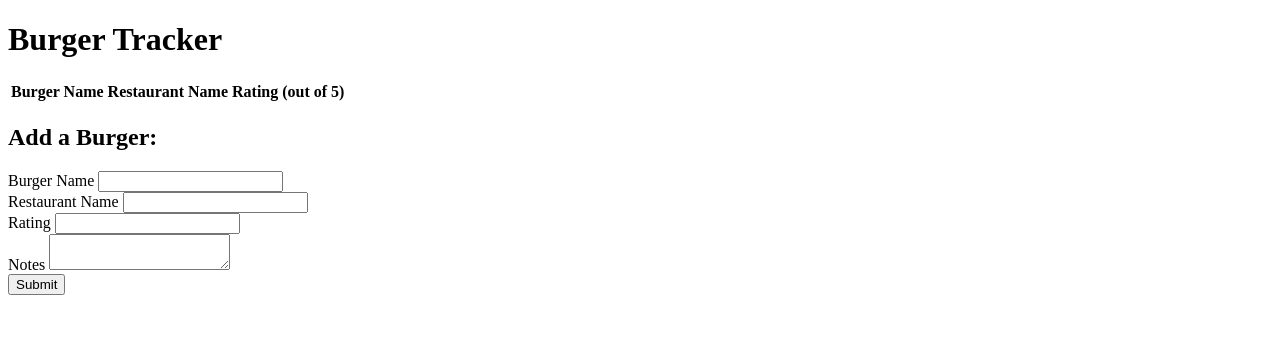
Repository: JosiahSZN1/burgerTracker1
Page: http://localhost/burgertracker1/WEB-INF/index.jsp
An editor plug-in stored every save of this project. The page is shown before and after the next save, followed by the edit.
The browser window is 1280 px wide. The pictures show the whole page.
The page is served by Tomcat 9. Nobody is signed in. The template is opened directly, without the code that normally fills it, so the values that code supplies are empty.

Above is the page before, as saved 2023-04-05 22:49:54.

After the next save:
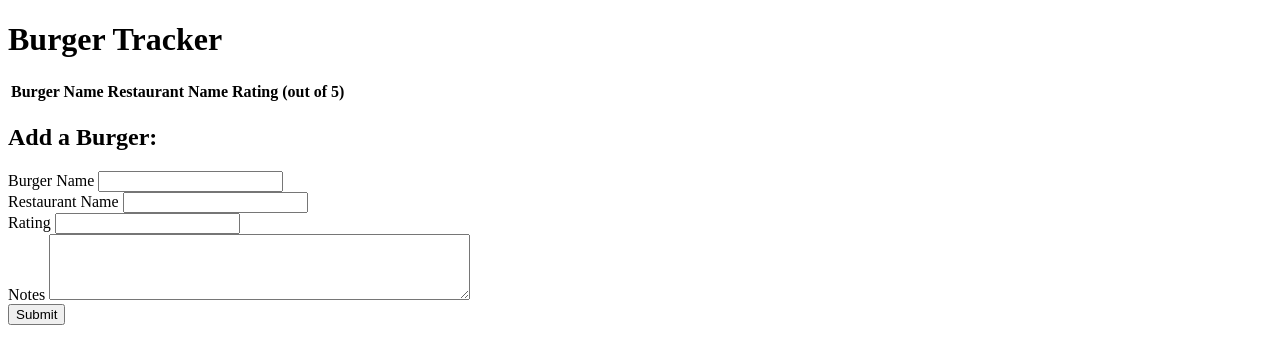
Saved 4 min 11 s later.
--- a/burgertracker1/src/main/webapp/WEB-INF/index.jsp
+++ b/burgertracker1/src/main/webapp/WEB-INF/index.jsp
@@ -44,7 +44,7 @@
 			</div>
 			<div>
 				<label for="notes">Notes</label>
-				<textarea name="notes"></textarea>
+				<textarea rows="4" cols="50" name="notes"></textarea>
 			</div>
 			<input type="submit" value="Submit">
 		</form>
